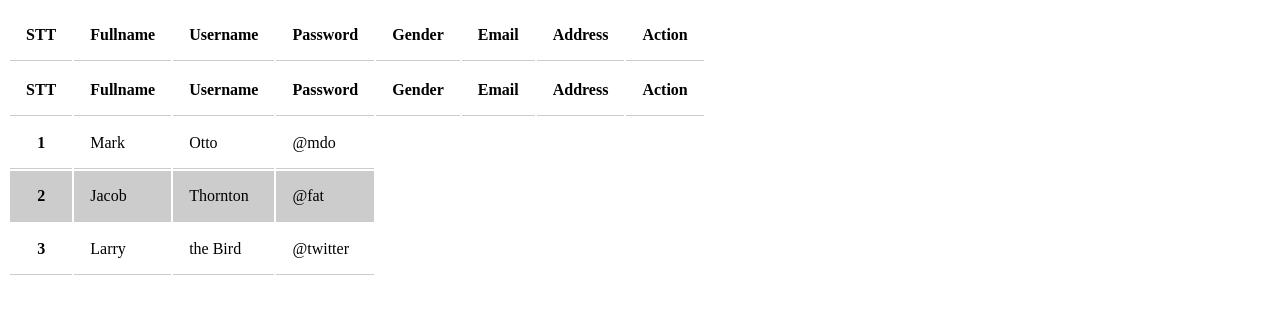
Repository: tung1233hhhhhhhhhhhhh/shoppingcart
Page: http://localhost/admin/user.php
These files come from the project's save history. The page is drawn as it stood at one moment and after the next save; the edit follows.
The browser window is 1280 px wide. The pictures show the whole page.
The page is run by PHP 8.4 with error messages shown; the project is at /var/www/html/. Queries for data that is not in the repository find no rows.

Above is the page before, as saved 2023-07-28 15:04:48.

### admin/user.php
<?php

    require '../admin/database.php';


?>

<!DOCTYPE html>
<html lang="en">

<head>
    <meta charset="UTF-8">
    <meta name="viewport" content="width=device-width, initial-scale=1.0">
    <title>Document</title>
</head>


<style>
    th ,td{
        padding: 1rem;
        border-bottom: 1px solid #ccc;
    }

    tr:nth-child(even){
        background-color: #ccc;
    }
</style>

<body>

    <table border="0">
        <thead>
        <tr>
            <th>STT</th>
            <th>Fullname</th>
            <th>Username</th>
            <th>Password</th>
            <th>Gender</th>
            <th>Email</th>
            <th>Address</th>
            <th>Action</th>
        </tr>
        </thead>
        <tbody>
        <?php

    $sql = $conn->query("SELECT * FROM tbl_users");

    $sql->execute();


        while ($row=$sql->fetch()) {
       echo"
        <tr>
            <td>$row[id]</td>
            <td>$row[fullname]</td>
            <td>$row[username]</td>
            <td>$row[password]</td>
            <td>$row[gender]</td>
            <td>$row[email]</td>
            <td>$row[address]</td>
            <td>
            <a>edit</a> /
            <a>delete</a>
            </td>
        </tr>
        ";
        }


        ?>
        </tbody>



    </table>

    <table class="table table-striped">
          <thead>
            <tr>
            <th scope="col">STT</th>
            <th scope="col">Fullname</th>
            <th scope="col">Username</th>
            <th scope="col">Password</th>
            <th scope="col">Gender</th>
            <th scope="col">Email</th>
            <th scope="col">Address</th>
            <th scope="col">Action</th>
            </tr>
          </thead>
          <tbody>
            <tr>
              <th scope="row">1</th>
              <td>Mark</td>
              <td>Otto</td>
              <td>@mdo</td>
            </tr>
            <tr>
              <th scope="row">2</th>
              <td>Jacob</td>
              <td>Thornton</td>
              <td>@fat</td>
            </tr>
            <tr>
              <th scope="row">3</th>
              <td>Larry</td>
              <td>the Bird</td>
              <td>@twitter</td>
            </tr>
          </tbody>
        </table>

</body>

</html>

### admin/database.php
<?php
$dsn = "mysql:host=localhost;dbname=website";
$user = "root";
$pass = "";

try {
    $conn = new PDO($dsn,$user,$pass);
} catch (PDOException $e) {
    echo $e->getMessage();
}

?>

After the next save:
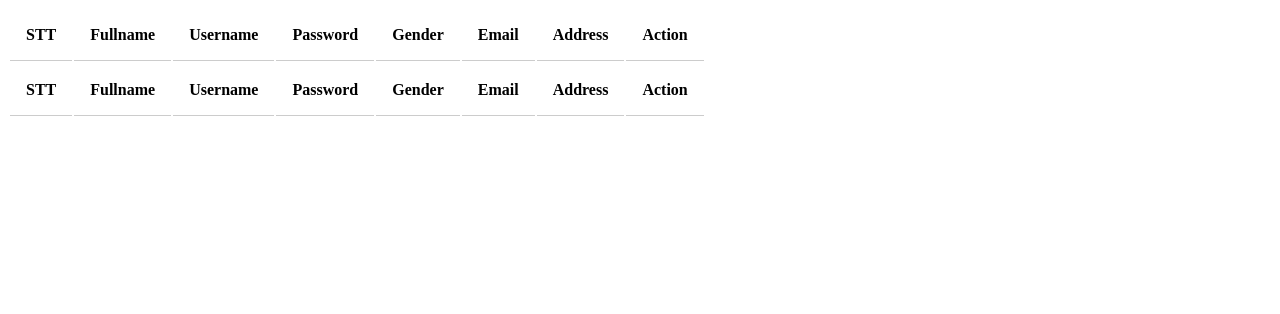
Saved 2 min 12 s later.
--- a/admin/user.php
+++ b/admin/user.php
@@ -89,24 +89,33 @@
             </tr>
           </thead>
           <tbody>
-            <tr>
-              <th scope="row">1</th>
-              <td>Mark</td>
-              <td>Otto</td>
-              <td>@mdo</td>
-            </tr>
-            <tr>
-              <th scope="row">2</th>
-              <td>Jacob</td>
-              <td>Thornton</td>
-              <td>@fat</td>
-            </tr>
-            <tr>
-              <th scope="row">3</th>
-              <td>Larry</td>
-              <td>the Bird</td>
-              <td>@twitter</td>
-            </tr>
+
+          <?php
+
+            $sql = $conn->query("SELECT * FROM tbl_users");
+
+            $sql->execute();
+
+
+            while ($row=$sql->fetch()) {
+                echo"
+                <tr>
+                    <th scope='row'>$row[id]</th>
+                    <td>$row[fullname]</td>
+                    <td>$row[username]</td>
+                    <td>$row[password]</td>
+                    <td>$row[gender]</td>
+                    <td>$row[email]</td>
+                    <td>$row[address]</td>
+                    <td>
+                    <a>edit</a> /
+                    <a>delete</a>
+                    </td>
+                </tr>
+                ";
+                }
+                ?>
+
           </tbody>
         </table>
 
